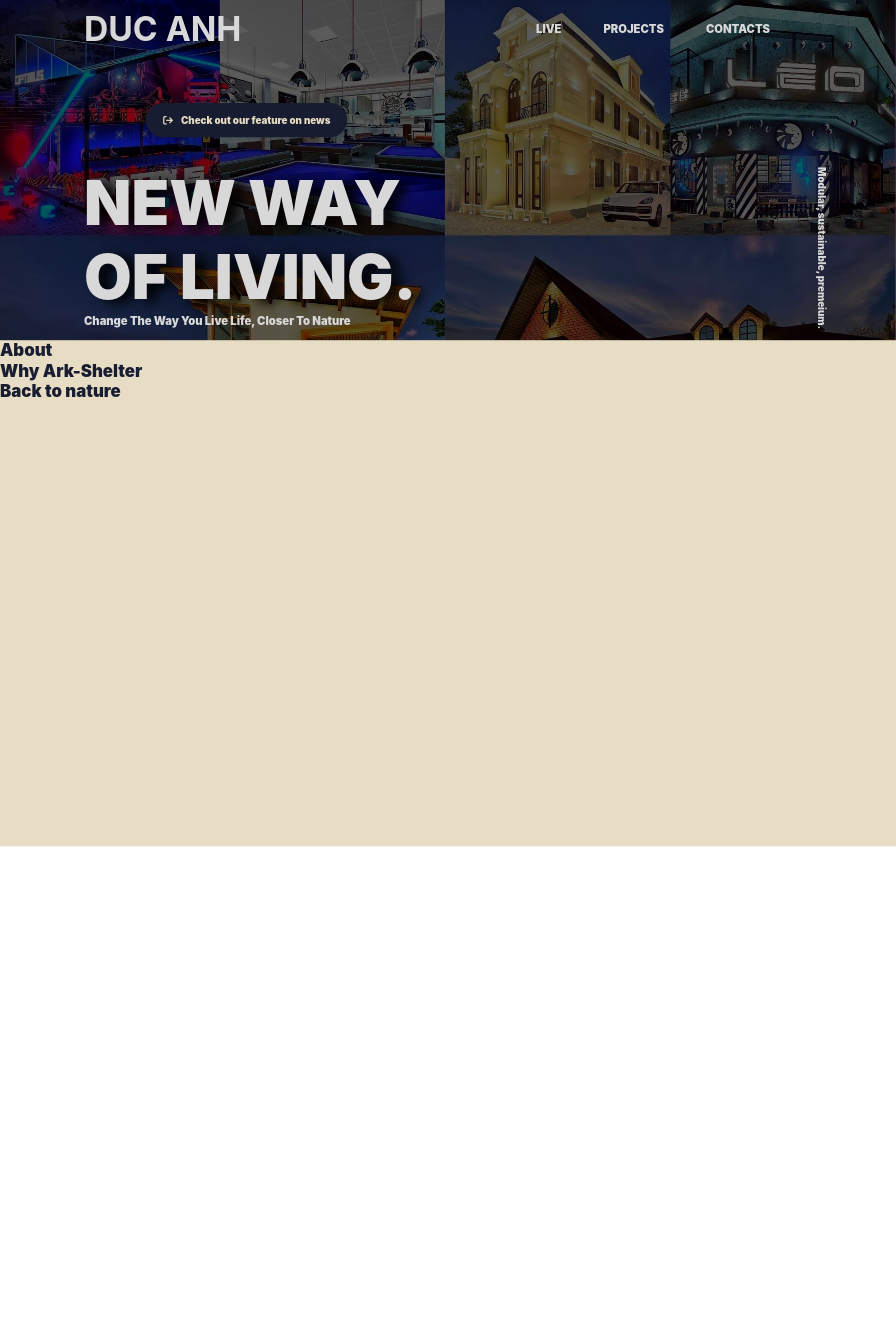
Repository: Ethanxcode/DucAnhNguyen
Page: index.html
An editor plug-in stored every save of this project. The page is shown before and after the next save, followed by the edit.
The browser window is 1280 px wide. The pictures show the part of the page from y = 0 to 1920 px (the page is 10000 px tall), at 70% of full size.

Above is the page before, as saved 2023-01-14 01:33:42.

After the next save:
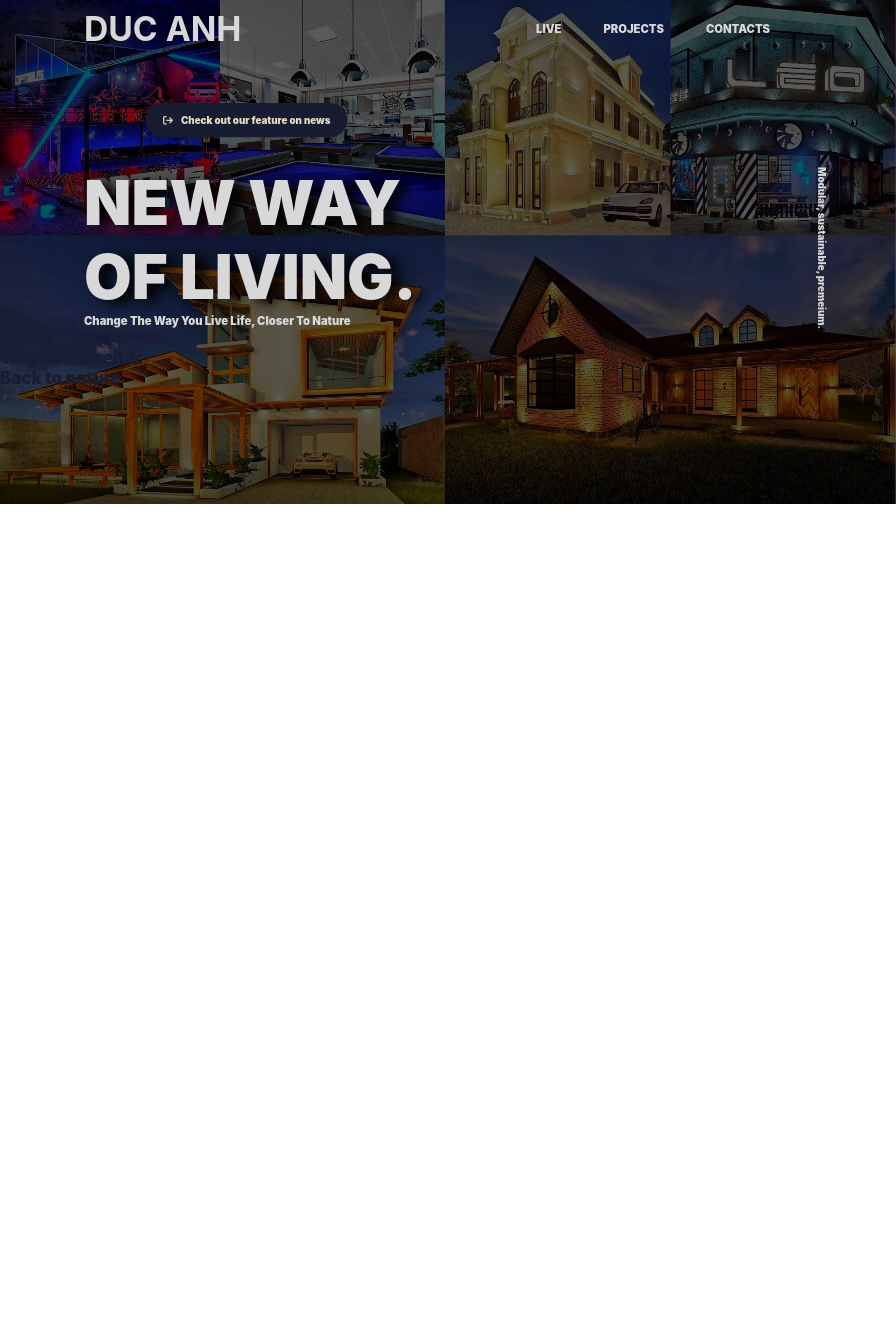
Saved 41 s later.
--- a/style.css
+++ b/style.css
@@ -379,9 +379,9 @@
 	/* background-color: #fffd; */
 	/* backdrop-filter: blur(10px) saturate(160%) contrast(180%); */
 }
-
+/*
 .header {
-	height: 486px;
+	height: 486px; */
 }
 
 .AboutSection {

After the save that followed:
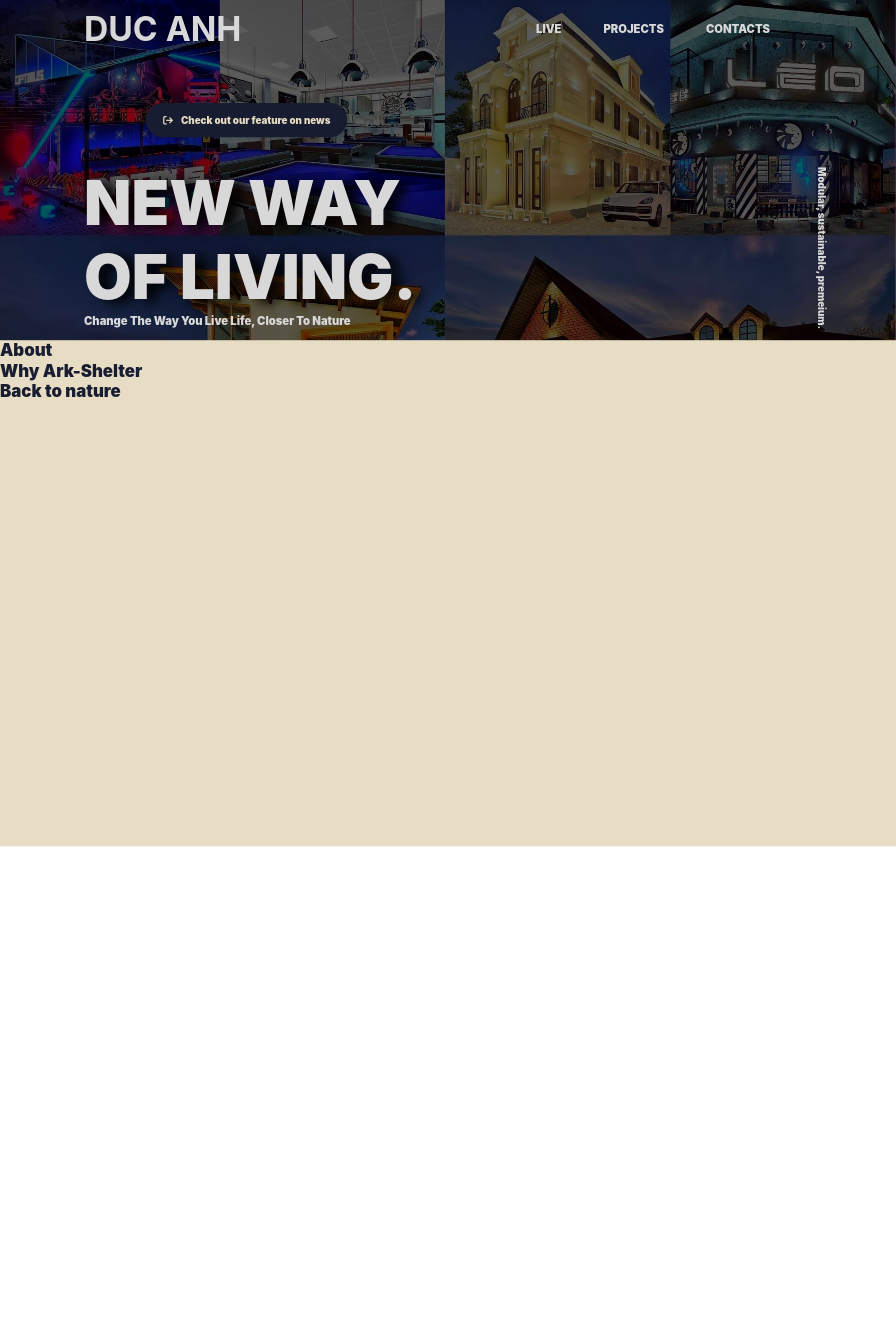
Saved 6 s later.
--- a/style.css
+++ b/style.css
@@ -379,9 +379,9 @@
 	/* background-color: #fffd; */
 	/* backdrop-filter: blur(10px) saturate(160%) contrast(180%); */
 }
-/*
+
 .header {
-	height: 486px; */
+	height: 486px;
 }
 
 .AboutSection {
